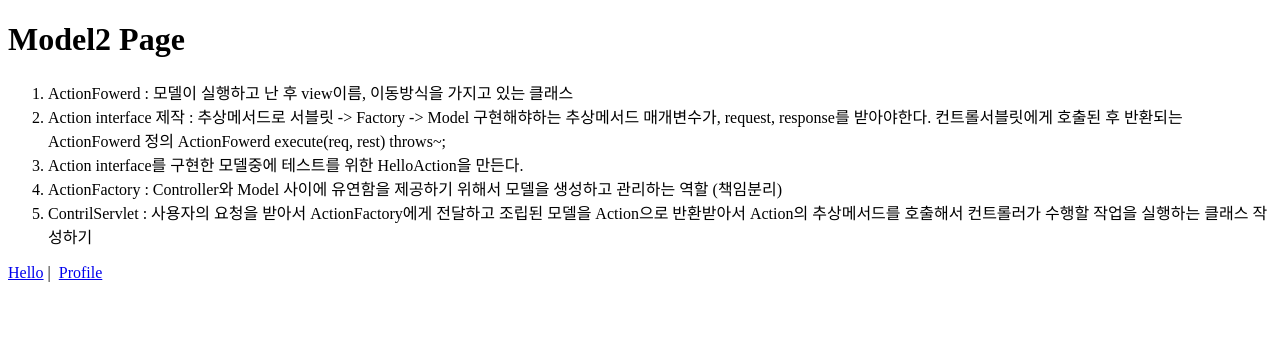
Repository: hyo-lang/java_ICT
Page: http://localhost/mvc1024/
The author's editor kept a copy of each file at every save. The page is drawn from the files as they stood at one save, then again after the next save.
The browser window is 1280 px wide. The pictures show the whole page.
The page is served by Tomcat 9.

Above is the page before, as saved 2024-10-24 06:50:46.

After the next save:
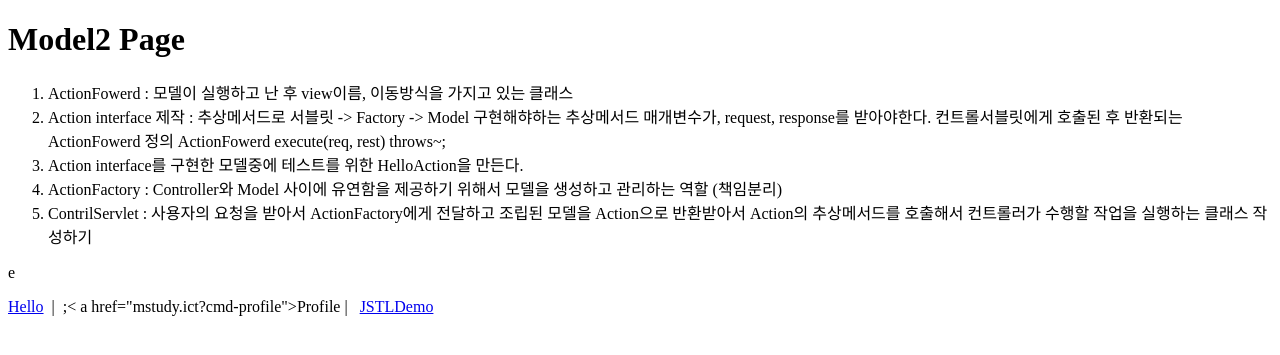
Saved 104 s later.
--- a/mvc1024/src/main/webapp/menu.jsp
+++ b/mvc1024/src/main/webapp/menu.jsp
@@ -1,8 +1,7 @@
 <%@ page language="java" contentType="text/html; charset=EUC-KR"
     pageEncoding="EUC-KR"%>
-	<div>
-		<p>
-			<a href="mstudy.ict?cmd=hello">Hello</a>&nbsp;|&nbsp;
-			<a href="mstudy.ict?cmd=profile">Profile</a>
-		</p>
+e<div>
+<p><a href="mstudy.ict?cmd-hello">Hello</a>&nbsp; |&nbsp ;< a href="mstudy.ict?cmd-profile">Profile</a>
+| &nbsp; <a href="mstudy.ict?cmd=jstLdemo">JSTLDemo</a>
+</p>
 	</div>
